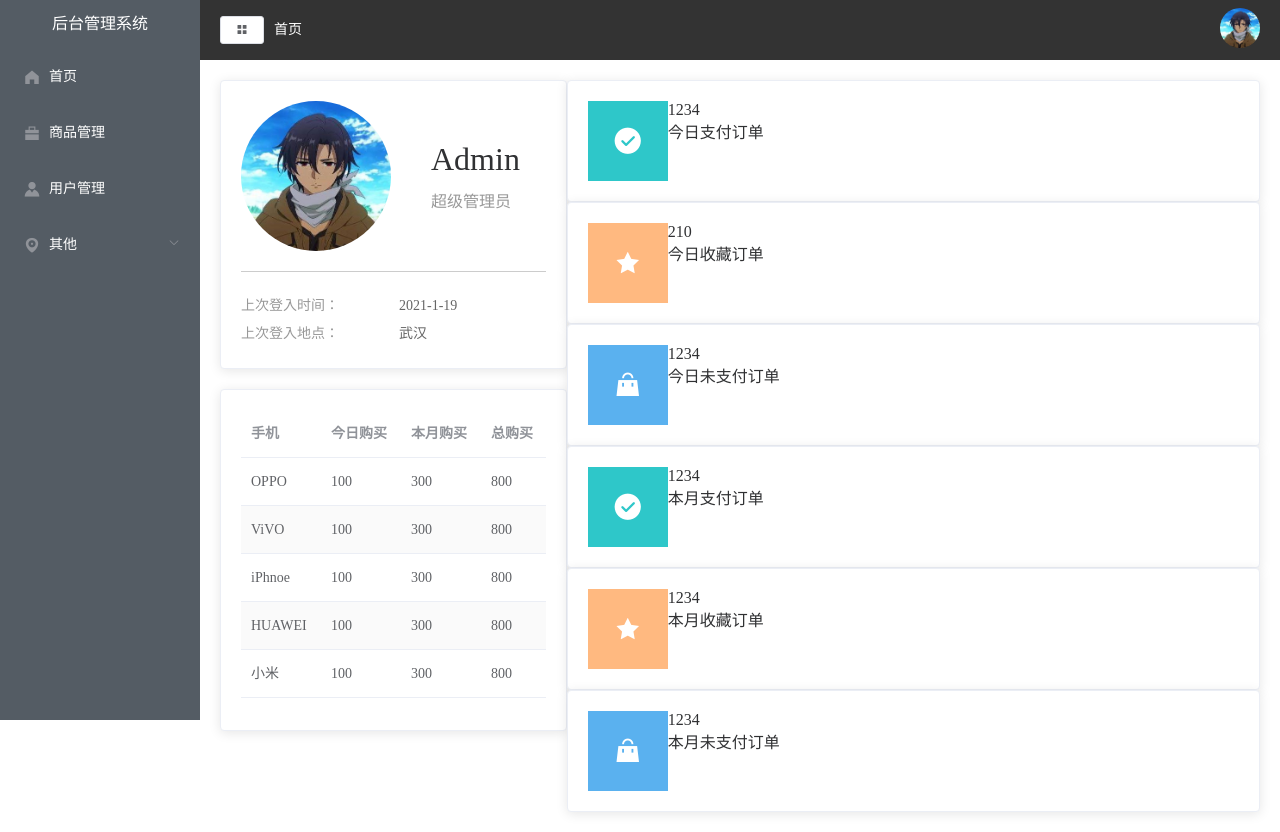
Repository: ldqml/ldqml.github.io
Page: /
These files come from the project's save history. The page is drawn as it stood at one moment and after the next save; the edit follows.
The browser window is 1280 px wide. The pictures show the whole page.
The project was rebuilt for these pictures with package versions that can differ from the ones it lists, and the page was loaded fresh each time. Also part of the build but not shown: vue.config.js, src/views/User.vue, src/views/Mall.vue, src/views/PageOne.vue, src/views/PageTwo.vue.

Above is the page before, as saved 2022-11-01 20:02:32.

### src/main.js
import Vue from 'vue'
import App from './App.vue'
import ElementUi from 'element-ui'
import 'element-ui/lib/theme-chalk/index.css'
import router from './router'
import store from './store'

Vue.use(ElementUi)
Vue.config.productionTip = false

new Vue({
  router,
  store,
  render: h => h(App),
}).$mount('#app')

### src/App.vue
<template>
  <div id="app">
    <!-- <el-row>
      <el-button disabled>默认按钮</el-button>
      <el-button type="primary" disabled>主要按钮</el-button>
      <el-button type="success" disabled>成功按钮</el-button>
      <el-button type="info" disabled>信息按钮</el-button>
      <el-button type="warning" disabled>警告按钮</el-button>
      <el-button type="danger" disabled>危险按钮</el-button>
    </el-row> -->
    <router-view></router-view>
  </div>
</template>

<script>
export default {
  name: "App",
  components: {},
};
</script>

<style lang="less">
html, body,h3,p{
  margin: 0;
  padding: 0;
}
</style>

### src/router/index.js
import Vue from 'vue'
import VueRouter from 'vue-router'
import User from '../views/User.vue'
import Home from '../views/Home.vue'
import Main from '../views/Main.vue'
import Mall from '../views/Mall.vue'
import PageOne from '../views/PageOne.vue'
import PageTwo from '../views/PageTwo.vue'

Vue.use(VueRouter)

const routes = [
    {
        path:'/',
        component:Main,
        redirect:'/home',
        children:[
            {
                path:'/',
                component: Home
            },
            {
                path:'/user',
                component: User
            },
            {
                path:'/mall',
                component: Mall
            },
            {
                path:'/page1',
                component: PageOne
            },
            {
                path:'/page2',
                component: PageTwo
            }
        ]
    }
]

const router = new VueRouter({
    routes
})

export default router

### src/store/index.js
import Vue from 'vue'
import Vuex from 'vuex'
import tab from './tab'

Vue.use(Vuex)

export default new Vuex.Store({
    modules:{
        tab
    }
})

### src/views/Home.vue
<template>
  <div>
    <el-row>
      <el-col :span="8">
        <div class="grid-content bg-purple">
          <el-card class="box-card">
            <div class="user">
              <img src="../images/1.jpeg" alt="" />
              <div class="userInfo">
                <p class="name">Admin</p>
                <p class="access">超级管理员</p>
              </div>
            </div>
            <div class="login-info">
              <p>上次登入时间：<span>2021-1-19</span></p>
              <p>上次登入地点：<span>武汉</span></p>
            </div>
          </el-card>
          <el-card style="margin-top:20px;height:340px">
            <el-table :data="tableData" stripe style="width: 100%">
              <el-table-column v-for="(val,key) in tableData1" :key="key" :prop="key" :label="val" />
            </el-table>
          </el-card>
        </div>
      </el-col>
      <el-col :span="16">
        <div class="num">
            <el-card v-for="item in countDate" :key="item.name" :body-style="{ display:'flex' }">
                <i class="icon" :class="`el-icon-${item.icon}`" :style="{background:item.color}"></i>
                <div class="detail">
                    <p class="price">{{item.value}}</p>
                    <p class="desc">{{item.name}}</p>
                </div>
            </el-card>
        </div>
      </el-col>
    </el-row>
  </div>
</template>
<script>
export default {
  data() {
    return {
        tableData: [{
          todayBuy: '100',
          name: 'OPPO',
          monthBuy: '300',
          totalBuy: '800'
        }, {
          todayBuy: '100',
          name: 'ViVO',
          monthBuy: '300',
          totalBuy: '800'
        }, {
          todayBuy: '100',
          name: 'iPhnoe',
          monthBuy: '300',
          totalBuy: '800'
        }, {
          todayBuy: '100',
          name: 'HUAWEI',
          monthBuy: '300',
          totalBuy: '800'
        },
        {
          todayBuy: '100',
          name: '小米',
          monthBuy: '300',
          totalBuy: '800'
        }],
        tableData1:{
            name:'手机',
            todayBuy:'今日购买',
            monthBuy:'本月购买',
            totalBuy:'总购买'
        },
        countDate:[
            {
            name:'今日支付订单',
            value:1234,
            icon:'success',
            color:'#2ec7c9'
            },{
            name:'今日收藏订单',
            value:210,
            icon:'star-on',
            color:'#ffb980'
            },{
            name:'今日未支付订单',
            value:1234,
            icon:'s-goods',
            color:'#5ab1ef'
            },{
            name:'本月支付订单',
            value:1234,
            icon:'success',
            color:'#2ec7c9'
            },{
            name:'本月收藏订单',
            value:1234,
            icon:'star-on',
            color:'#ffb980'
            },{
            name:'本月未支付订单',
            value:1234,
            icon:'s-goods',
            color:'#5ab1ef'
            }
        ]
    };
  },
};
</script>

<style lang="less" scoped>
.user {
  padding-bottom: 20px;
  margin-bottom: 20px;
  border-bottom: 1px solid #ccc;
  display: flex;
  align-items: center;
  img {
    width: 150px;
    height: 150px;
    border-radius: 50%;
    margin-right: 40px;
  }
  .userInfo {
    .name {
      font-size: 32px;
      margin-bottom: 10px;
    }
    .access {
      color: #999999;
    }
  }
}
.login-info {
  p {
    line-height: 28px;
    font-size: 14px;
    color: #999999;
    span {
      color: #666666;
      margin-left: 60px;
    }
  }
}
.num{
    .icon{
        width: 80px;
        height: 80px;
        font-size: 30px;
        text-align: center;
        line-height: 80px;
        color: #fff;
    }
}
</style>

### src/views/Main.vue
<template>
  <div>
    <el-container>
      <el-aside width="auto">
        <com-aside></com-aside>
      </el-aside>
      <el-container>
        <el-header>
          <com-header></com-header>
        </el-header>
        <el-main>
            <router-view></router-view>
        </el-main>
      </el-container>
    </el-container>
  </div>
</template>
<script>
import ComAside from '../components/ComAside.vue'
import ComHeader from '../components/ComHeader.vue'
export default {
  data() {
    return {}
  },
  components:{
    ComAside,
    ComHeader
  }
};
</script>

<style scoped>
.el-header{
  padding: 0;
}
</style>

### src/store/tab.js
export default{
    state:{
        isCollapse:false
    },
    mutations:{
        collapseMenu(state){
            state.isCollapse= !state.isCollapse
        }
    }
}

### src/components/ComAside.vue
<template>
  <el-menu
    default-active="1-4-1"
    class="el-menu-vertical-demo"
    @open="handleOpen"
    @close="handleClose"
    :collapse="isCollapse"
    background-color="#545c64"
    text-color="#fff"
    active-text-color="#ffd04b"
  >
    <h3>{{isCollapse ? '后台' : '后台管理系统'}}</h3>
    <el-menu-item @click="toPage(item)" v-for="item in noChildren" :key='item.name' :index="item.name">
      <i :class="`el-icon-${item.icon}`"></i>
      <span slot="title">{{item.label}}</span>
    </el-menu-item>
    <el-submenu v-for="item in hasChildren" :key="item.label" :index="item.label">
      <template slot="title">
        <i class="el-icon-location"></i>
        <span slot="title">{{item.label}}</span>
      </template>
      <el-menu-item-group>
        <el-menu-item @click="toPage(subitem)" v-for="subitem in item.children" :key="subitem.name" :index="subitem.name">{{subitem.label}}</el-menu-item>
      </el-menu-item-group>
    </el-submenu>
  </el-menu>
</template>

<style lang="less" scoped>
.el-menu-vertical-demo:not(.el-menu--collapse) {
  width: 200px;
  min-height: 400px;
}
.el-menu{
  height: 100vh;
  h3{
    color: #fff;
    text-align: center;
    line-height: 48px;
    font-size: 16px;
    font-weight: 400;
  }
}
</style>

<script>
export default {
  data() {
    return {
      menuDate:[
        {
          path: '/',
          name: 'home',
          label: '首页',
          icon: 's-home',
          url: 'Home/Home'
        },
        {
          path: '/mall',
          name: 'mall',
          label: '商品管理',
          icon: 's-cooperation',
          url: 'MallManage/MallManage'
        },
        {
          path: '/user',
          name: 'user',
          label: '用户管理',
          icon: 's-custom',
          url: 'UserManage/UserManage'
        },
        {
          label: '其他',
          icon: 'location',
          children: [
            {
              path: '/page1',
              name: 'page1',
              label: '首页1',
              icon: 'setting',
              url: 'Other/PageOne'
            },
            {
              path: '/page2',
              name: 'page2',
              label: '首页2',
              icon: 'setting',
              url: 'Other/PageTwo'
            }
          ]
        }
      ]
    };
  },
  methods: {
    handleOpen(key, keyPath) {
      console.log(key, keyPath);
    },
    handleClose(key, keyPath) {
      console.log(key, keyPath);
    },
    toPage(item){
      if(this.$route.path != item.path && !(this.$route.path === '/home' && (item.path === '/'))){
        this.$router.push(item.path)
      }
    }
  },
  computed:{
    noChildren(){
        return this.menuDate.filter(item => !item.children)
    },
    hasChildren(){
        return this.menuDate.filter(item => item.children)
    },
    isCollapse(){
      return this.$store.state.tab.isCollapse
    }
  }
};
</script>

<style lang="less" scoped>
.el-menu{
  border-right: none;
}
</style>

### src/components/ComHeader.vue
<template>
  <div class="header-container">
    <div class="l-content">
      <el-button @click="handMenu" icon="el-icon-menu" size="mini"></el-button>
      <span class="text">首页</span>
    </div>
    <div class="r-content">
      <el-dropdown>
        <span class="el-dropdown-link">
          <img class="user" src="../images/1.jpeg" alt="">
        </span>
        <el-dropdown-menu slot="dropdown">
          <el-dropdown-item>个人中心</el-dropdown-item>
          <el-dropdown-item>退出</el-dropdown-item>
        </el-dropdown-menu>
      </el-dropdown>
    </div>
  </div>
</template>
<script>
export default {
  data() {
    return {};
  },
  methods:{
    handMenu(){
        this.$store.commit('collapseMenu')
    }
  }
};
</script>

<style lang="less" scoped>
.header-container {
  padding: 0 20px;
  background-color: #333;
  height: 60px;
  display: flex;
  justify-content: space-between;
  align-items: center;
  .text {
    color: #fff;
    font-size: 14px;
    margin-left: 10px;
  }
  .r-content{
    .user{
        width: 40px;
        height: 40px;
        border-radius: 50%;
    }
  }
}
</style>

Loaded but not shown: public/index.html (common file)

After the next save:
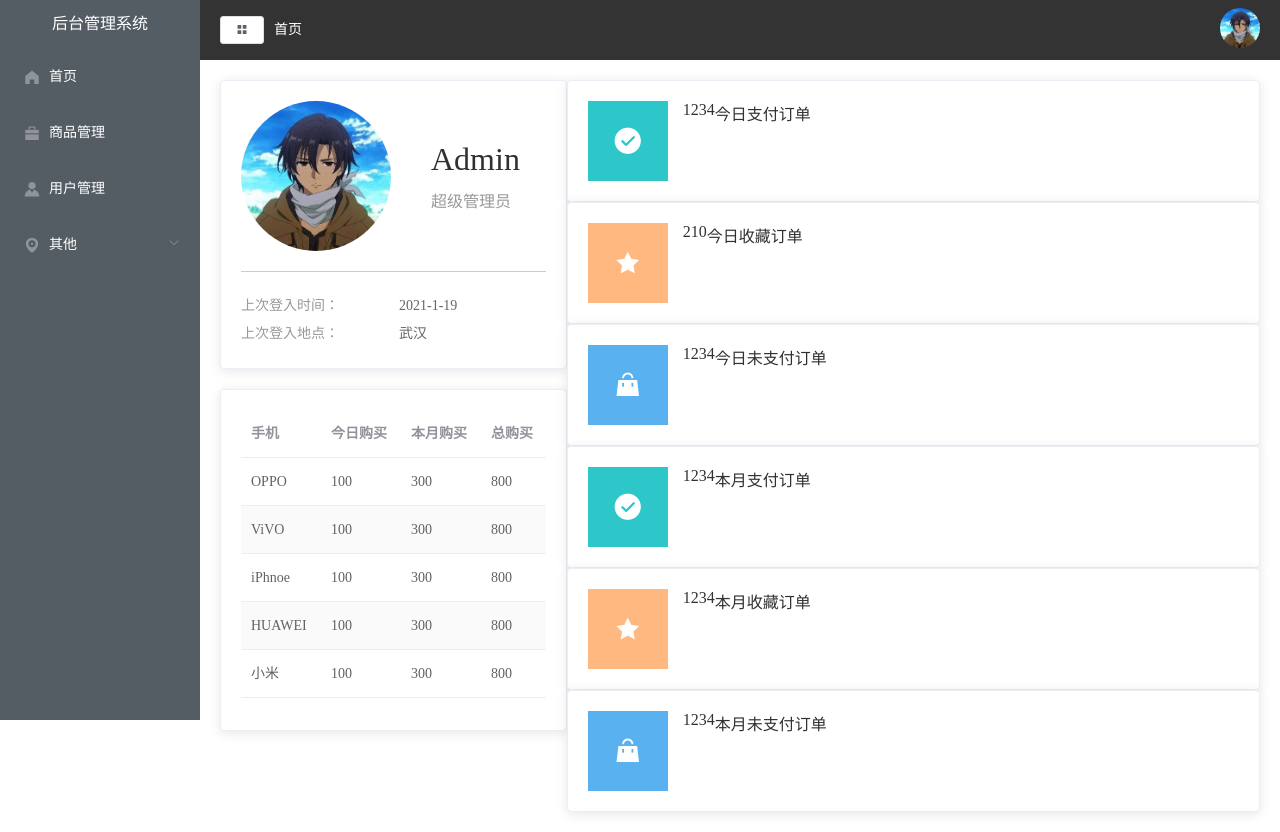
Saved 2 min 13 s later.
--- a/src/views/Home.vue
+++ b/src/views/Home.vue
@@ -155,5 +155,9 @@
         line-height: 80px;
         color: #fff;
     }
+    .detail{
+        margin-left: 15px;
+        display: flex;
+    }
 }
 </style>
